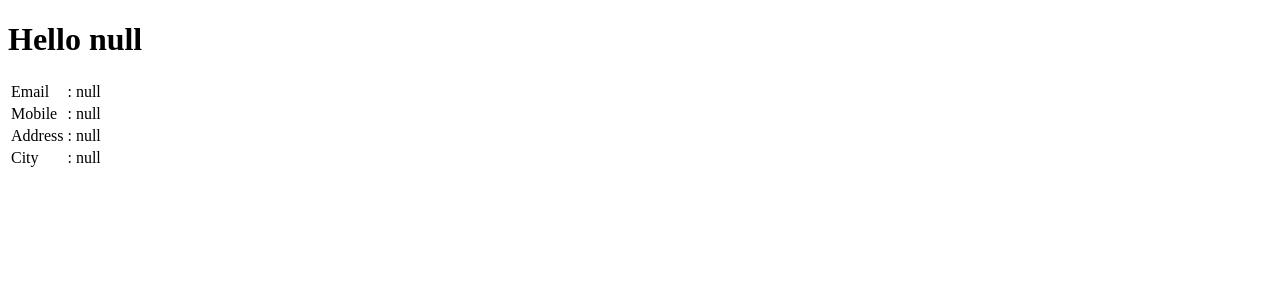
Repository: NagepalliHaasan21/MyProjects
Page: http://localhost/com.SecondJEEPrgm/home.jsp
These files come from the project's save history. The page is drawn as it stood at one moment and after the next save; the edit follows.
The browser window is 1280 px wide. The pictures show the whole page.
The page is served by Tomcat 10. Other server files are loaded and not shown.

Above is the page before, as saved 2024-12-02 13:05:47.

### eclipse-workspace/com.SecondJEEPrgm/src/main/webapp/home.jsp
<%@ page import="jakarta.servlet.http.HttpSession" %>
<%@ page language="java" contentType="text/html; charset=UTF-8" pageEncoding="UTF-8"%>
<!DOCTYPE html>
<html>
<head>
<meta charset="UTF-8">
<title>Insert title here</title>
</head>
<body>
    <h1>Hello <% out.println(session.getAttribute("name")); %></h1>
    <table>
    	<tr><td> Email </td> <td> : <% out.println(session.getAttribute("email")); %> </td> </tr>
    	<tr><td> Mobile </td> <td> : <% out.println(session.getAttribute("mobile")); %> </td> </tr>
    	<tr><td> Address </td> <td> : <% out.println(session.getAttribute("address")); %> </td> </tr>
    	<tr><td> City </td> <td> : <% out.println(session.getAttribute("city")); %> </td> </tr>
    </table>
</body>
</html>

After the next save:
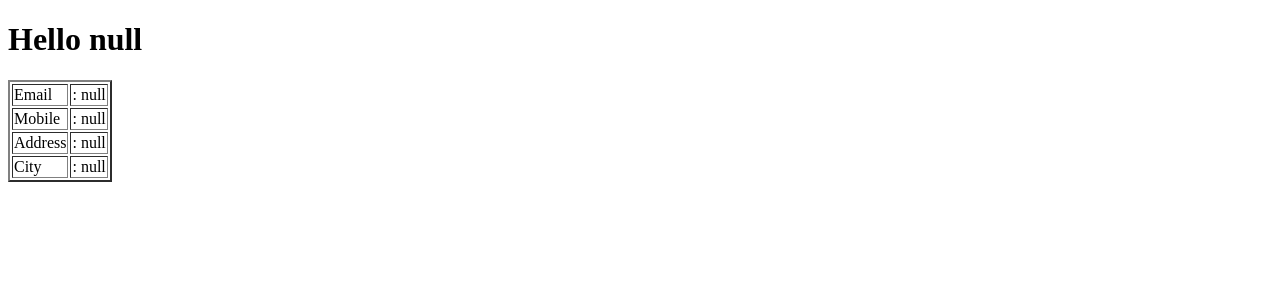
Saved 62 s later.
--- a/eclipse-workspace/com.SecondJEEPrgm/src/main/webapp/home.jsp
+++ b/eclipse-workspace/com.SecondJEEPrgm/src/main/webapp/home.jsp
@@ -8,7 +8,7 @@
 </head>
 <body>
     <h1>Hello <% out.println(session.getAttribute("name")); %></h1>
-    <table>
+    <table border="2px" solid black>
     	<tr><td> Email </td> <td> : <% out.println(session.getAttribute("email")); %> </td> </tr>
     	<tr><td> Mobile </td> <td> : <% out.println(session.getAttribute("mobile")); %> </td> </tr>
     	<tr><td> Address </td> <td> : <% out.println(session.getAttribute("address")); %> </td> </tr>
